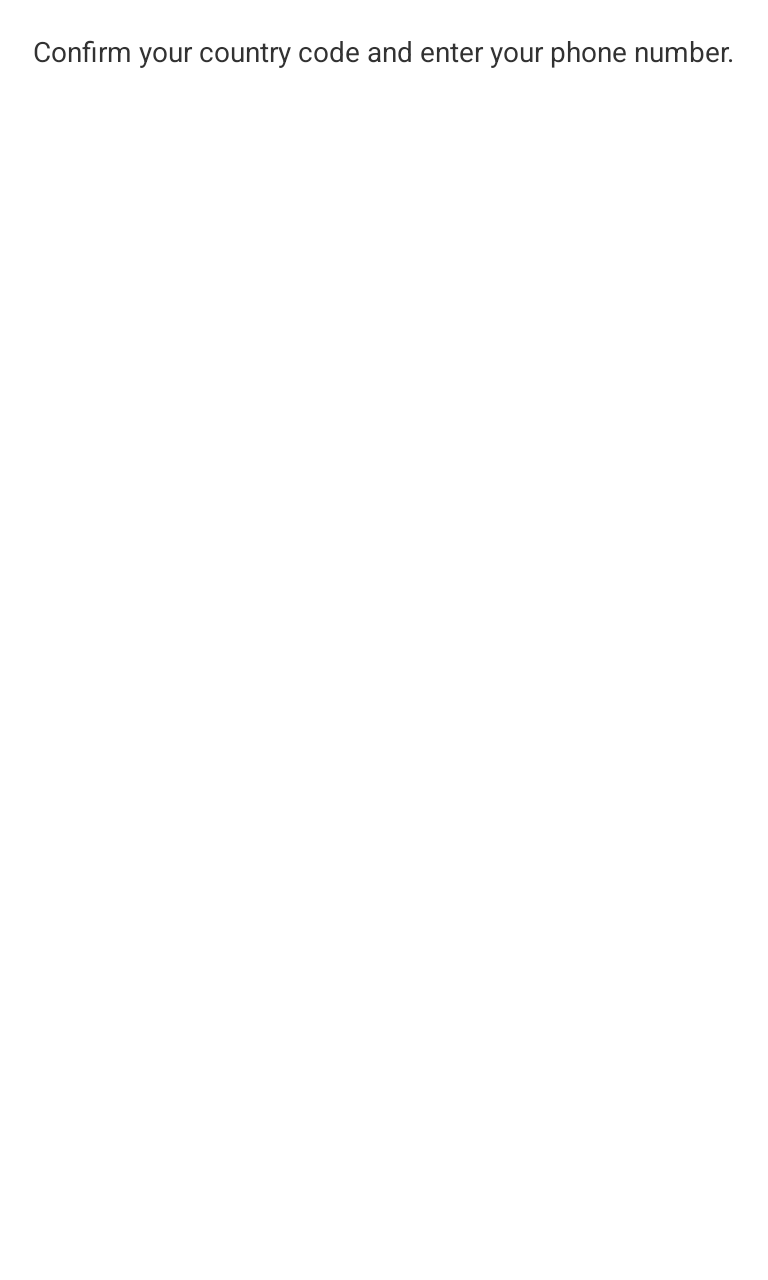
Repository: amit21sharma/Disturb
Layout: Disturb/res/layout/activity_main.xml
An editor plug-in stored every save of this project. The layout is shown before and after a run of saves, followed by the edit.
Pictures or frames that could not be fetched are drawn as grey boxes. It is drawn on a 768 x 1280 px phone screen (xhdpi) without system bars, with theme AppTheme; the app's code is not run.

Above is the layout before, as saved 2013-09-05 10:06:43.

After the next 2 saves:
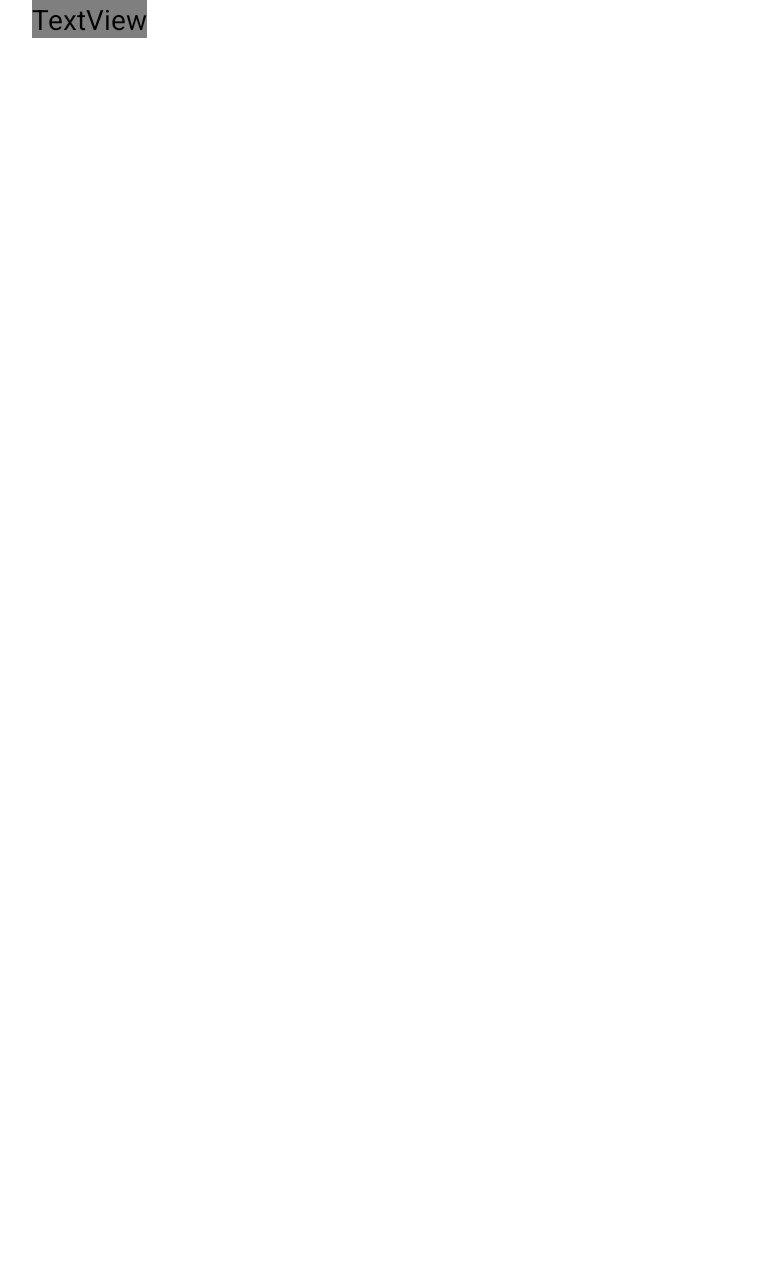
The 2 saves are shown as one change because 1 did not build or start.
The last was saved 5 min 2 s later.
--- a/Disturb/res/layout/activity_main.xml
+++ b/Disturb/res/layout/activity_main.xml
@@ -1,19 +1,18 @@
-<RelativeLayout xmlns:android="http://schemas.android.com/apk/res/android"
-    xmlns:tools="http://schemas.android.com/tools"
-    android:layout_width="match_parent"
-    android:layout_height="match_parent"
-    android:paddingBottom="@dimen/activity_vertical_margin"
-    android:paddingLeft="@dimen/activity_horizontal_margin"
-    android:paddingRight="@dimen/activity_horizontal_margin"
-    android:paddingTop="@dimen/activity_vertical_margin"
-    tools:context=".MainActivity" >
-
+<?xml version="1.0" encoding="utf-8"?>
+<LinearLayout xmlns:android="http://schemas.android.com/apk/res/android"
+    android:layout_width="fill_parent"
+    android:layout_height="fill_parent"
+    android:paddingLeft="16dp"
+    android:paddingRight="16dp"
+    android:orientation="vertical" >
     <TextView
         android:id="@+id/textView1"
         android:layout_width="wrap_content"
         android:layout_height="wrap_content"
         android:text="@string/registration"
-        android:gravity="center"/>
+        android:gravity="center"
+        android:textColor=""/>
 
 
-</RelativeLayout>
+
+</LinearLayout>
